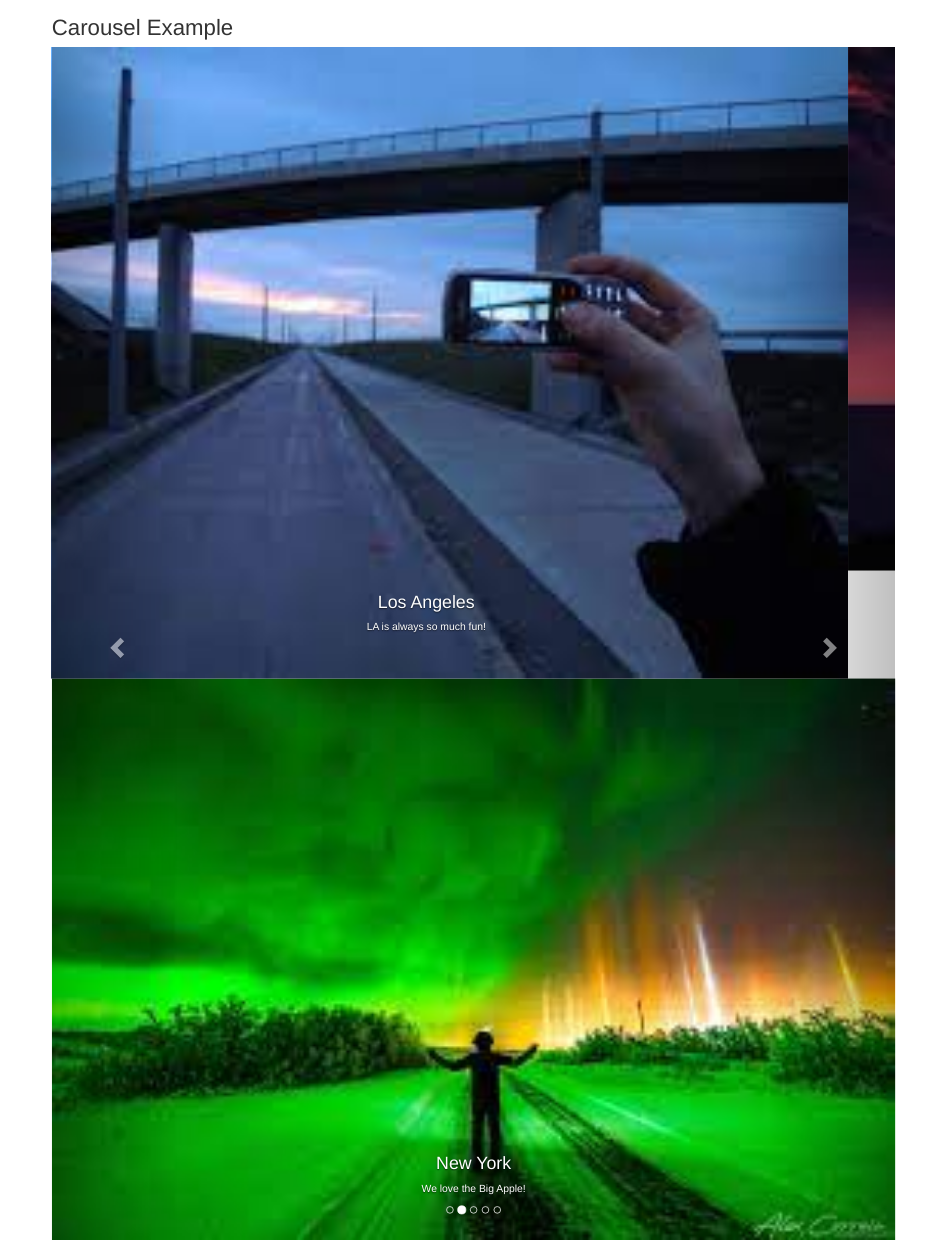
Repository: acciojob/bootstrap-carousel-vandanayadav15
Page: main.html
These files come from the project's save history. The page is drawn as it stood at one moment and after the next save; the edit follows.
The browser window is 1280 px wide. The pictures show the whole page, at 74% of full size.

Above is the page before, as saved 2022-10-28 12:52:17.

### main.html
<!DOCTYPE html>
<html lang="en">

<head>
	<title>Bootstrap Example</title>
	<meta charset="utf-8">
	<meta name="viewport" content="width=device-width, initial-scale=1">
	<link rel="stylesheet" href="https://maxcdn.bootstrapcdn.com/bootstrap/3.4.1/css/bootstrap.min.css">
	<script src="https://ajax.googleapis.com/ajax/libs/jquery/3.6.0/jquery.min.js"></script>
	<script src="https://maxcdn.bootstrapcdn.com/bootstrap/3.4.1/js/bootstrap.min.js"></script>
</head>

<body>

	<div class="container">
		<h2>Carousel Example</h2>
		<div id="myCarousel" class="carousel slide" data-ride="carousel">
			<!-- Indicators -->
			<ol class="carousel-indicators">
				<li data-target="#myCarousel" data-slide-to="0" class="active"></li>
				<li data-target="#myCarousel" data-slide-to="1"></li>
				<li data-target="#myCarousel" data-slide-to="2"></li>
				<li data-target="#myCarousel" data-slide-to="3"></li>
				<li data-target="#myCarousel" data-slide-to="4"></li>

			</ol>

			<!-- Wrapper for slides -->
			<div class="carousel-inner">

	              <div class="item active">
					<img src="data:[embedded picture, 7255 characters]"
						alt="Los Angeles" style="width:100%;">
					<div class="carousel-caption">
						<h3>Los Angeles</h3>
						<p>LA is always so much fun!</p>
					</div>
				</div>

	<div class="item">
					<img src="data:[embedded picture, 7351 characters]"
						alt="Chicago" style="width:100%;">
					<div class="carousel-caption">
						<h3>Chicago</h3>
						<p>Thank you, Chicago!</p>
					</div>
				</div>

	<div class="item">
					<img src="data:[embedded picture, 5963 characters]"
						alt="New York" style="width:100%;">
					<div class="carousel-caption">
						<h3>New York</h3>
						<p>We love the Big Apple!</p>
					</div>
				</div>

	<div class="item">
					<img src="data:[embedded picture, 9751 characters]"
						alt="New York" style="width:100%;">
					<div class="carousel-caption">
						<h3>New York</h3>
						<p>We love the Big Apple!</p>
					</div>
				</div>

				<div class="fifth-slide">
					<img src="data:[embedded picture, 8011 characters]"
						alt="New York" style="width:100%;">
					<div class="carousel-caption">
						<h3>New York</h3>
						<p>We love the Big Apple!</p>
					</div>
				</div>
			</div>

			<!-- Left and right controls -->
			<a class="left carousel-control" href="#myCarousel" data-slide="prev">
				<span class="glyphicon glyphicon-chevron-left"></span>
				<span class="sr-only">Previous</span>
			</a>
			<a class="right carousel-control" href="#myCarousel" data-slide="next">
				<span class="glyphicon glyphicon-chevron-right"></span>
				<span class="sr-only">Next</span>
			</a>
		</div>
	</div>

</body>

</html>

After the next save:
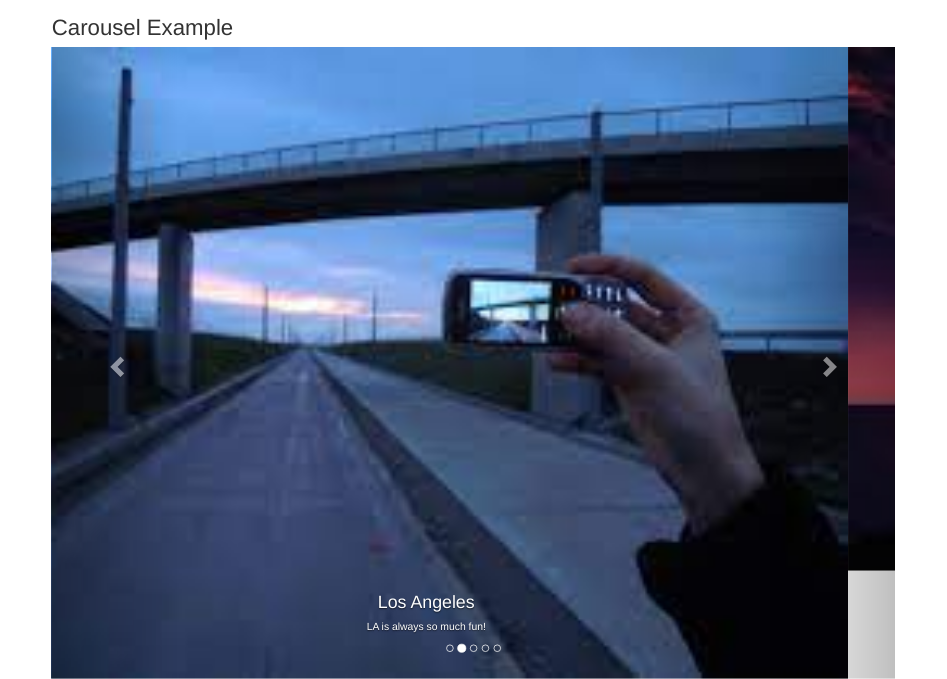
Saved 4 s later.
--- a/main.html
+++ b/main.html
@@ -64,7 +64,7 @@
 					</div>
 				</div>
 
-				<div class="fifth-slide">
+	<div class="item">
 					<img src="data:[embedded picture, 8011 characters]"
 						alt="New York" style="width:100%;">
 					<div class="carousel-caption">
